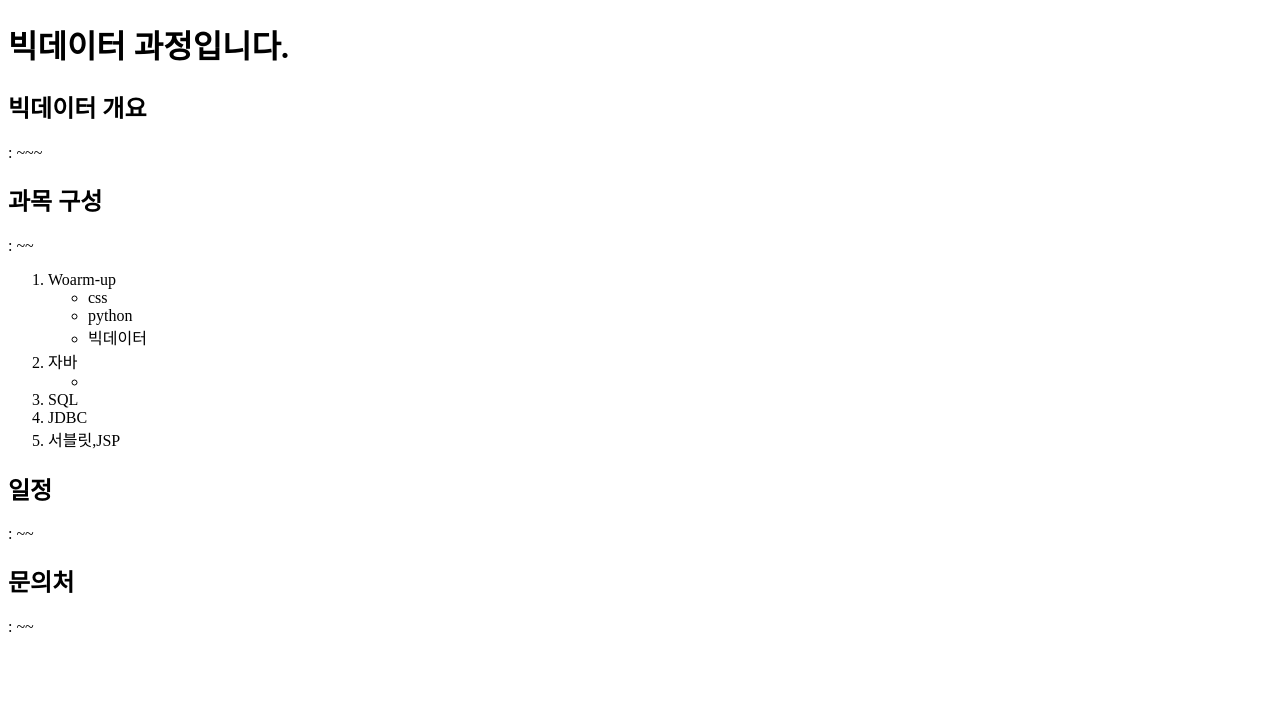
Repository: ybshim90/sesac1
Page: day_20211216_03_hello/src/main/webapp/hello.html
An editor plug-in stored every save of this project. The page is shown before and after the next save, followed by the edit.
The browser window is 1280 px wide. The pictures show the whole page.

Above is the page before, as saved 2021-12-16 07:46:55.

### day_20211216_03_hello/src/main/webapp/hello.html
<!DOCTYPE html>
<html>
	<head>
		<meta charset="UTF-8">
		<title>빅데이터 과정 소개</title>
	</head>
	<body>
		<h1>빅데이터 과정입니다.</h1>
		<h2>빅데이터 개요</h2> : ~~~
		<h2>과목 구성</h2> : ~~
		<ol>
			<li>Woarm-up</li>
				<ul>
					<li>css</li>
					<li>python</li>
					<li>빅데이터</li>
				</ul>
			<li>자바</li>
				<ul>
					<li></li>
				</ul>
			<li>SQL</li>
			<li>JDBC</li>
			<li>서블릿,JSP</li>
		</ol>

		<h2>일정</h2> : ~~<br>
		<h2>문의처</h2> : ~~

	</body>
</html>

After the next save:
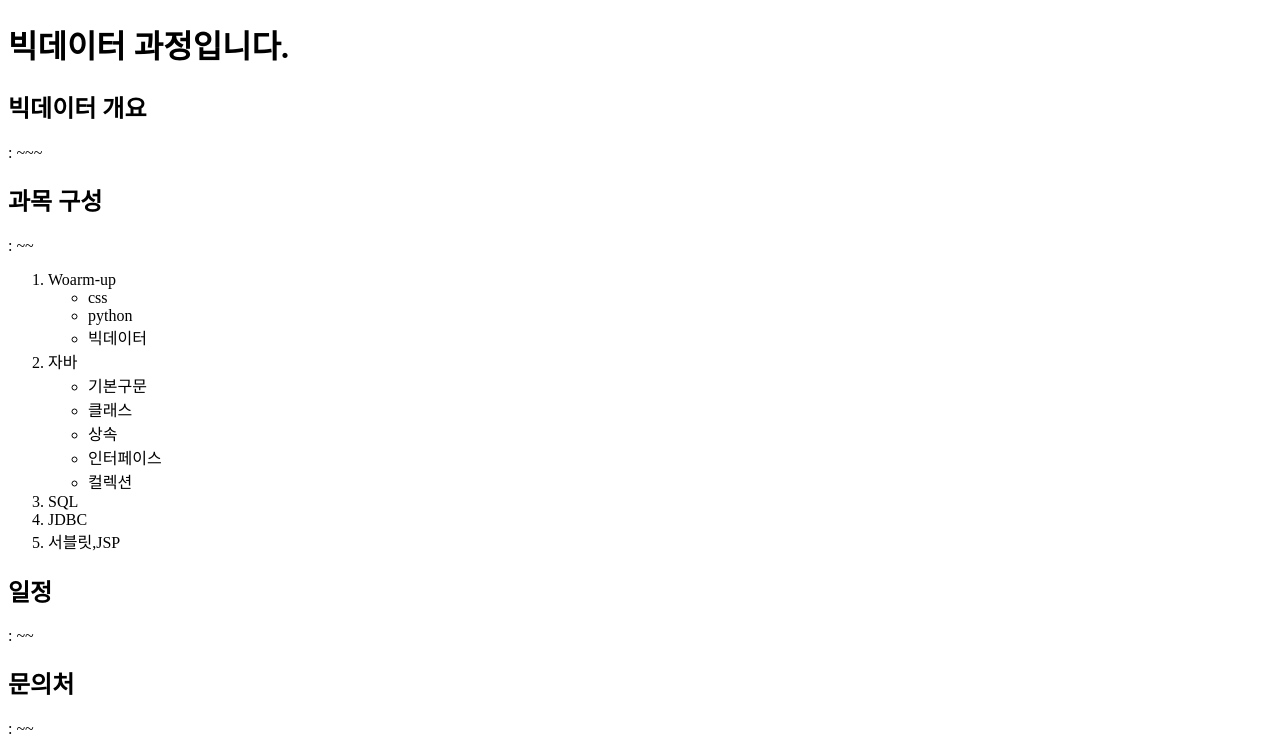
Saved 2 min 12 s later.
--- a/day_20211216_03_hello/src/main/webapp/hello.html
+++ b/day_20211216_03_hello/src/main/webapp/hello.html
@@ -17,7 +17,11 @@
 				</ul>
 			<li>자바</li>
 				<ul>
-					<li></li>
+					<li>기본구문</li>
+					<li>클래스</li>
+					<li>상속</li>
+					<li>인터페이스</li>
+					<li>컬렉션</li>
 				</ul>
 			<li>SQL</li>
 			<li>JDBC</li>
